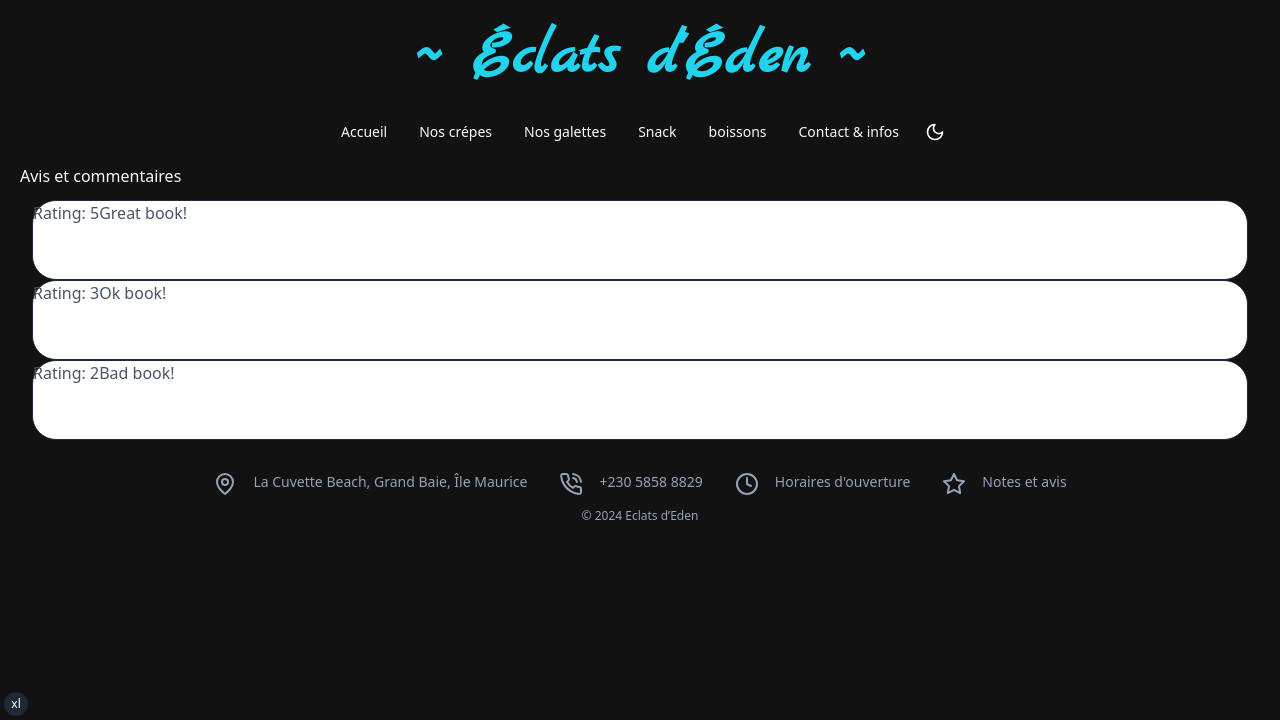
Repository: jeffMauritius/eclats-deden
Page: /reviews
An editor plug-in stored every save of this project. The page is shown before and after the next save, followed by the edit.
The browser window is 1280 px wide. The pictures show the whole page.
The project was rebuilt for these pictures with package versions that can differ from the ones it lists, and the page was loaded fresh each time. The framework's server and built-in components were replaced by stand-ins that run in the browser. Also part of the build but not shown: next.config.mjs.

Above is the page before, as saved 2024-08-13 12:39:28.

After the next save:
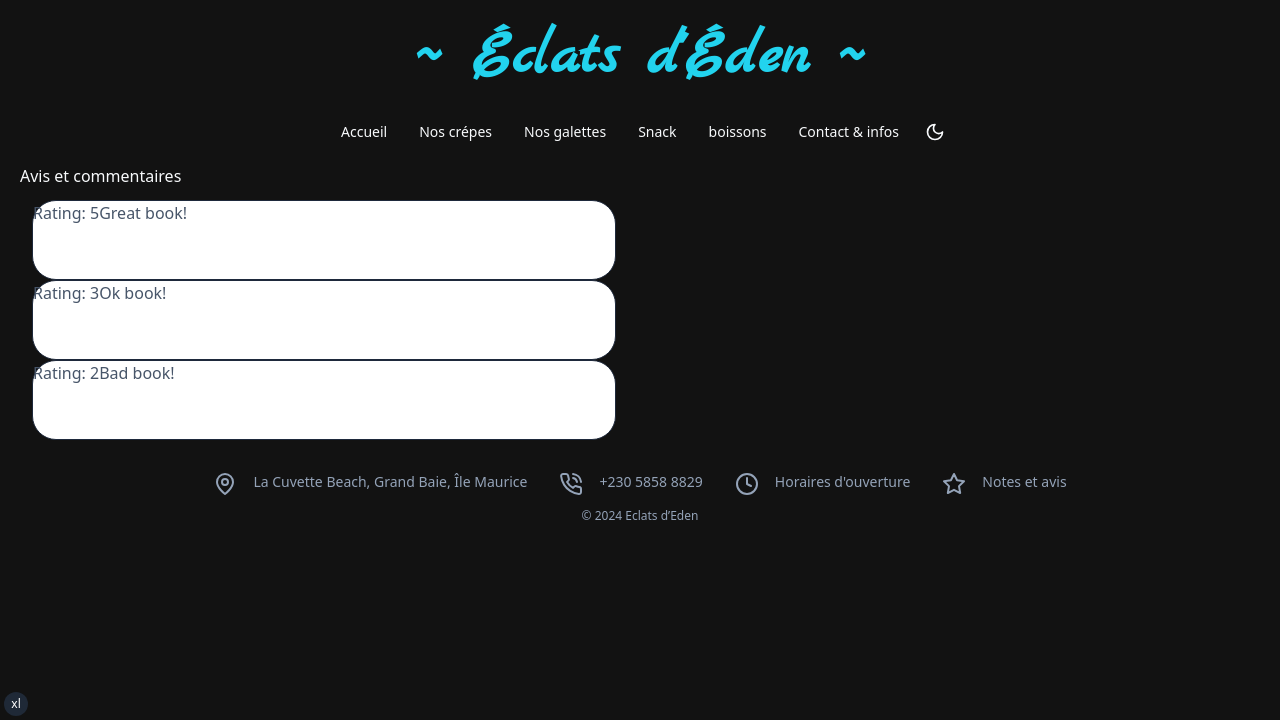
Saved 96 s later.
--- a/app/reviews/page.tsx
+++ b/app/reviews/page.tsx
@@ -4,7 +4,9 @@
   return (
     <div>
       <h1>Avis et commentaires</h1>
-      <ReviewsList />
+      <div className="grid gap-6 md:grid-cols-2">
+        <ReviewsList />
+      </div>
     </div>
   )
 }

After the save that followed:
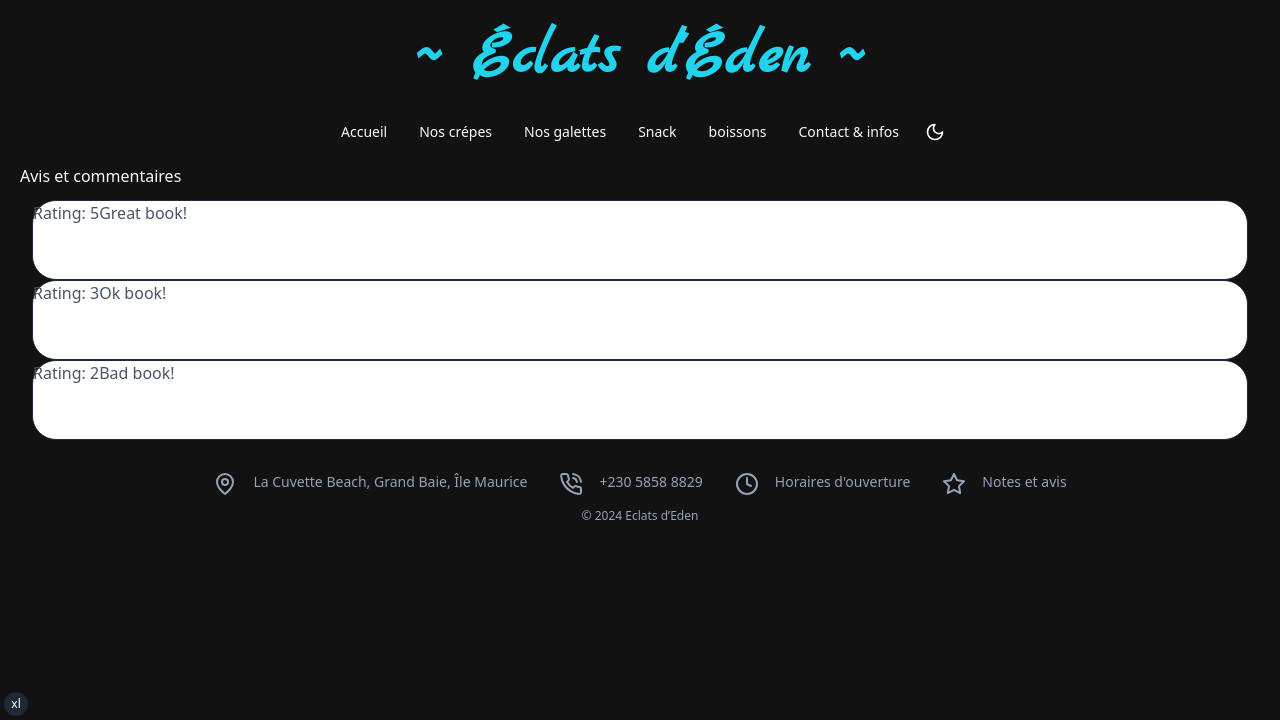
Saved 44 s later.
--- a/app/reviews/page.tsx
+++ b/app/reviews/page.tsx
@@ -4,9 +4,8 @@
   return (
     <div>
       <h1>Avis et commentaires</h1>
-      <div className="grid gap-6 md:grid-cols-2">
-        <ReviewsList />
-      </div>
+
+      <ReviewsList />
     </div>
   )
 }
